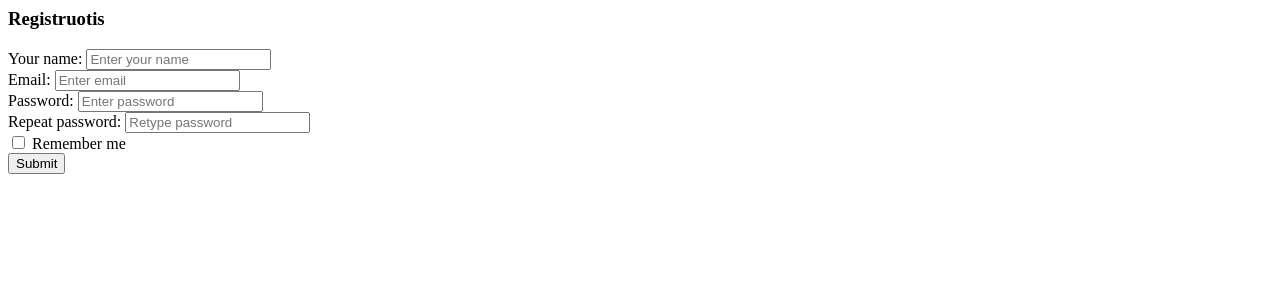
Repository: Skaidrius/Blogas
Page: partials/signup.html
The author's editor kept a record of every edit. The page is drawn from the files as they stood at one moment, then again after the next edit.
The browser window is 1280 px wide. The pictures show the whole page.

Above is the page before.

### partials/signup.html
<!--signup.html-->
<div class="modal-header">
    <h3 class="modal-title">Registruotis</h3>
    <form class="modal-body" role="form">
        <div class="form-group">
            <label for="name">Your name:</label>
            <input type="text" class="form-control" id="name" placeholder="Enter your name">
        </div>
        <div class="form-group">
            <label for="email">Email:</label>
            <input type="email" class="form-control" id="email" placeholder="Enter email">
        </div>
        <div class="form-group">
            <label for="pwd">Password:</label>
            <input type="password" class="form-control" id="pwd" placeholder="Enter password">
        </div>
        <div class="form-group">
            <label for="pwd">Repeat password:</label>
            <input type="password" class="form-control" id="rp-pwd" placeholder="Retype password">
        </div>
        <div class="checkbox">
            <label><input type="checkbox"> Remember me</label>
        </div>
        <button type="submit" class="btn btn-default">Submit</button>
    </form>
</div>

After the next edit:
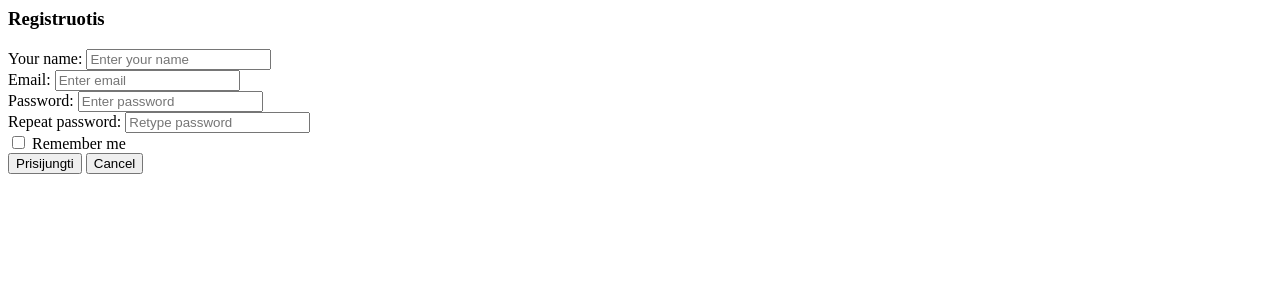
The edit:
--- a/partials/signup.html
+++ b/partials/signup.html
@@ -21,6 +21,8 @@
         <div class="checkbox">
             <label><input type="checkbox"> Remember me</label>
         </div>
-        <button type="submit" class="btn btn-default">Submit</button>
-    </form>
+    <div class="modal-footer">
+        <button type="submit" class="btn btn-primary" ng-click="ok()">Prisijungti</button>
+        <button class="btn btn-warning" ng-click="cancel()">Cancel</button>
+    </div>
 </div>
